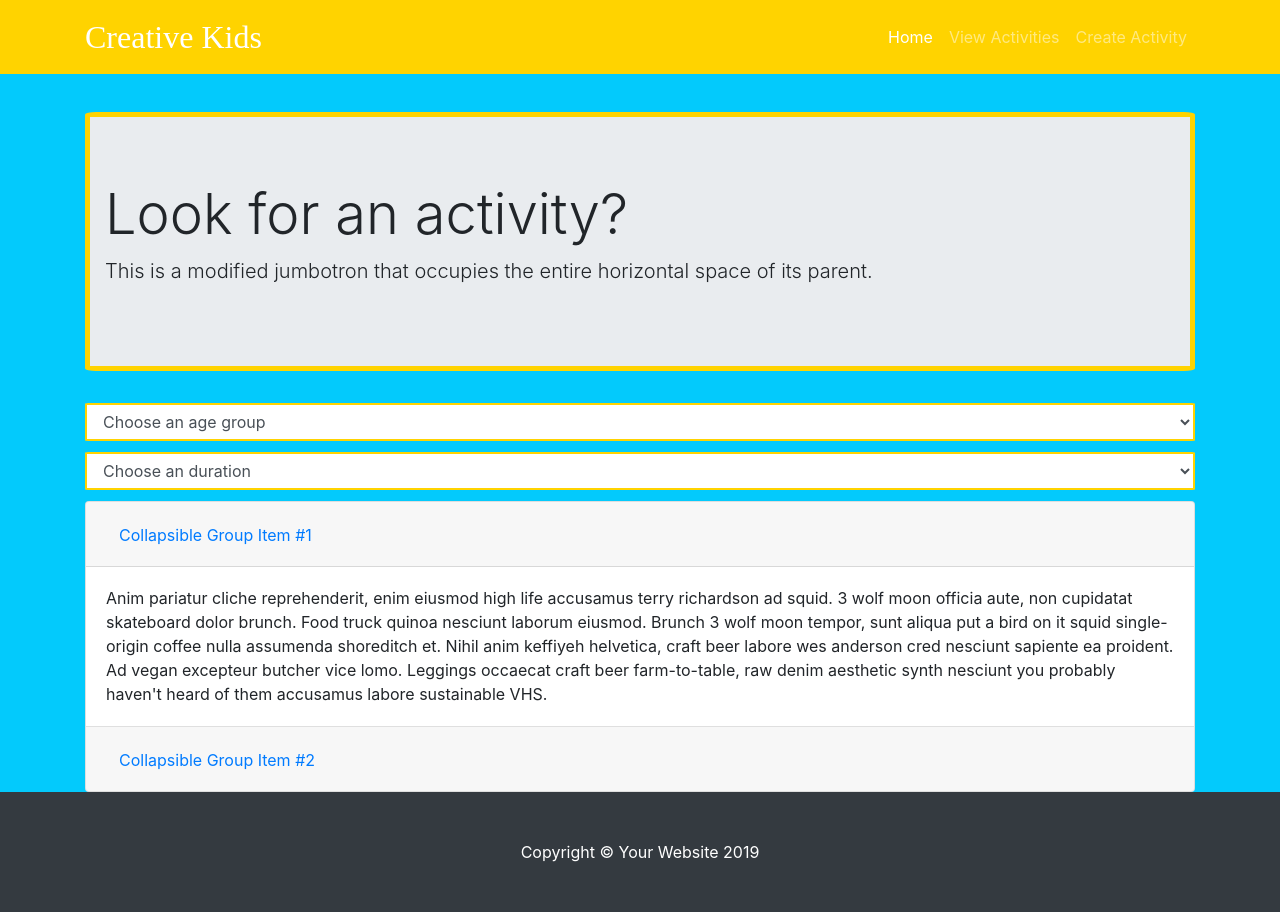
Repository: Neilfoster/milestone_project_3
Page: http://localhost/activity_view
The author's editor kept a record of every edit. The page is drawn from the files as they stood at one moment, then again after the next edit.
The browser window is 1280 px wide. The pictures show the whole page.
Some web fonts or font styles are not loaded; a fallback is used. Some web libraries are served in a nearby version. The page is served by the project's application, run on Flask 3 (app.py). Queries for data that is not in the repository find no rows.

Above is the page before.

After the next edit:
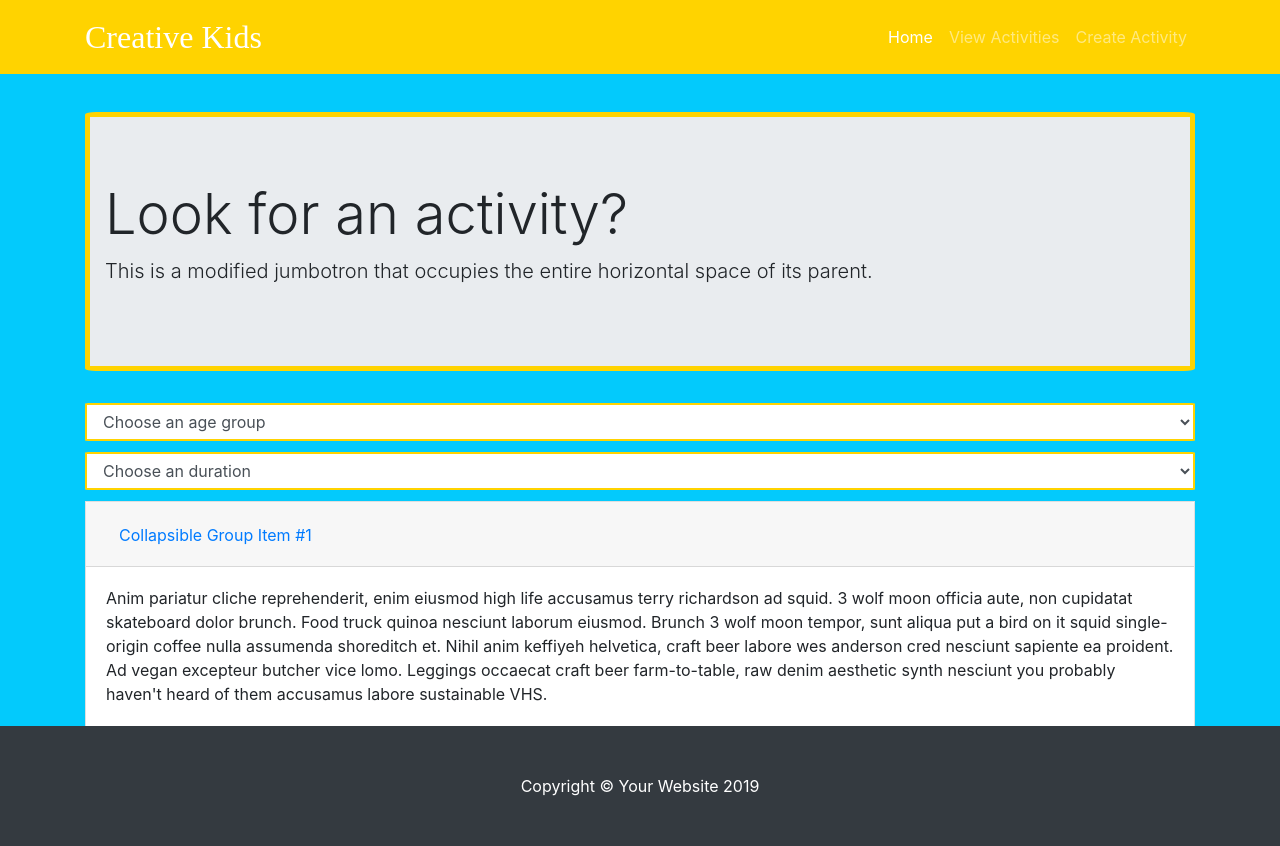
The edit:
--- a/templates/activity_view.html
+++ b/templates/activity_view.html
@@ -80,23 +80,6 @@
                 </div>
             </div>
         </div>
-        <div class="card">
-            <div class="card-header" id="headingTwo">
-                <h2 class="mb-0">
-                    <button class="btn btn-link collapsed" type="button" data-toggle="collapse" data-target="#collapseTwo" aria-expanded="false" aria-controls="collapseTwo">
-          Collapsible Group Item #2
-        </button>
-                </h2>
-            </div>
-            <div id="collapseTwo" class="collapse" aria-labelledby="headingTwo" data-parent="#accordionExample">
-                <div class="card-body">
-                    Anim pariatur cliche reprehenderit, enim eiusmod high life accusamus terry richardson ad squid. 3 wolf moon officia aute, non cupidatat skateboard dolor brunch. Food truck quinoa nesciunt laborum eiusmod. Brunch 3 wolf moon tempor, sunt aliqua put a bird
-                    on it squid single-origin coffee nulla assumenda shoreditch et. Nihil anim keffiyeh helvetica, craft beer labore wes anderson cred nesciunt sapiente ea proident. Ad vegan excepteur butcher vice lomo. Leggings occaecat craft beer farm-to-table,
-                    raw denim aesthetic synth nesciunt you probably haven't heard of them accusamus labore sustainable VHS.
-                </div>
-            </div>
-        </div>
-
     </div>
 
 </div>
